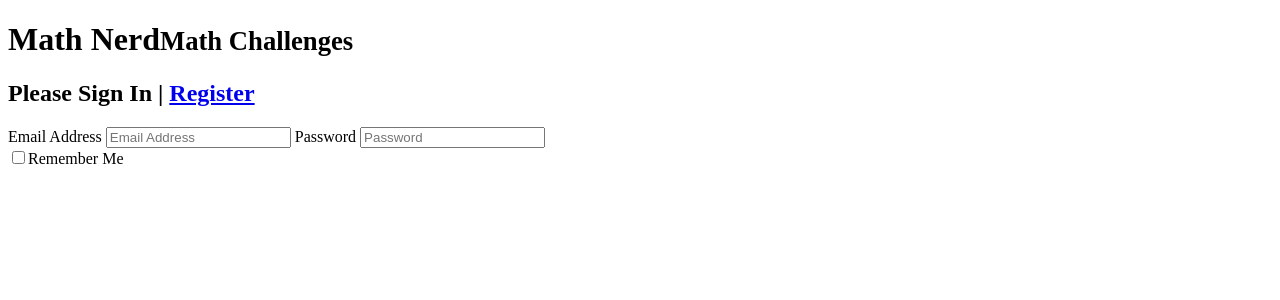
Repository: HeavyTech/acid
Page: http://localhost/MathNerd/Login
These files come from the project's save history. The page is drawn as it stood at one moment and after the next save; the edit follows.
The browser window is 1280 px wide. The pictures show the whole page.
The page is served by Tomcat 9.

Above is the page before, as saved 2015-12-29 05:11:33.

After the next save:
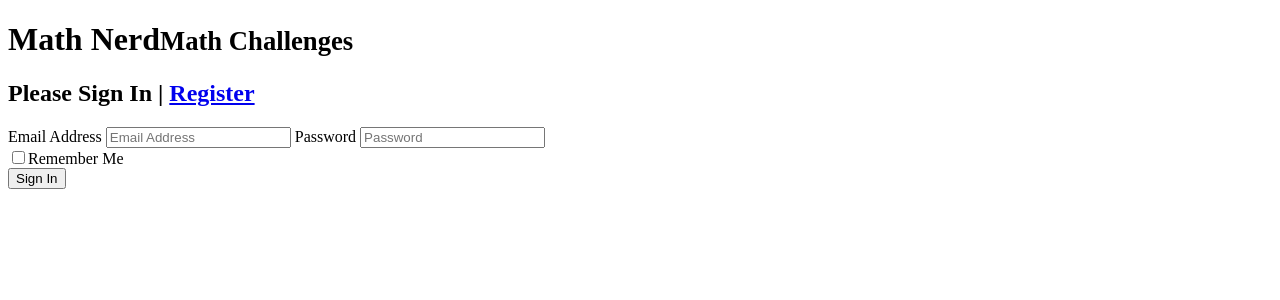
Saved 58 s later.
--- a/workspace/MathNerd/WebContent/WEB-INF/Login.jsp
+++ b/workspace/MathNerd/WebContent/WEB-INF/Login.jsp
@@ -31,6 +31,7 @@
 					<div class="checkbox">
 						<label><input type="checkbox" name="remember" value="yes"/>Remember Me</label>
 					</div>
+					<button class="btn btn-lg btn-primary btn-block" type="submit">Sign In</button>
 				</form>
 			</div>
 		</div>
